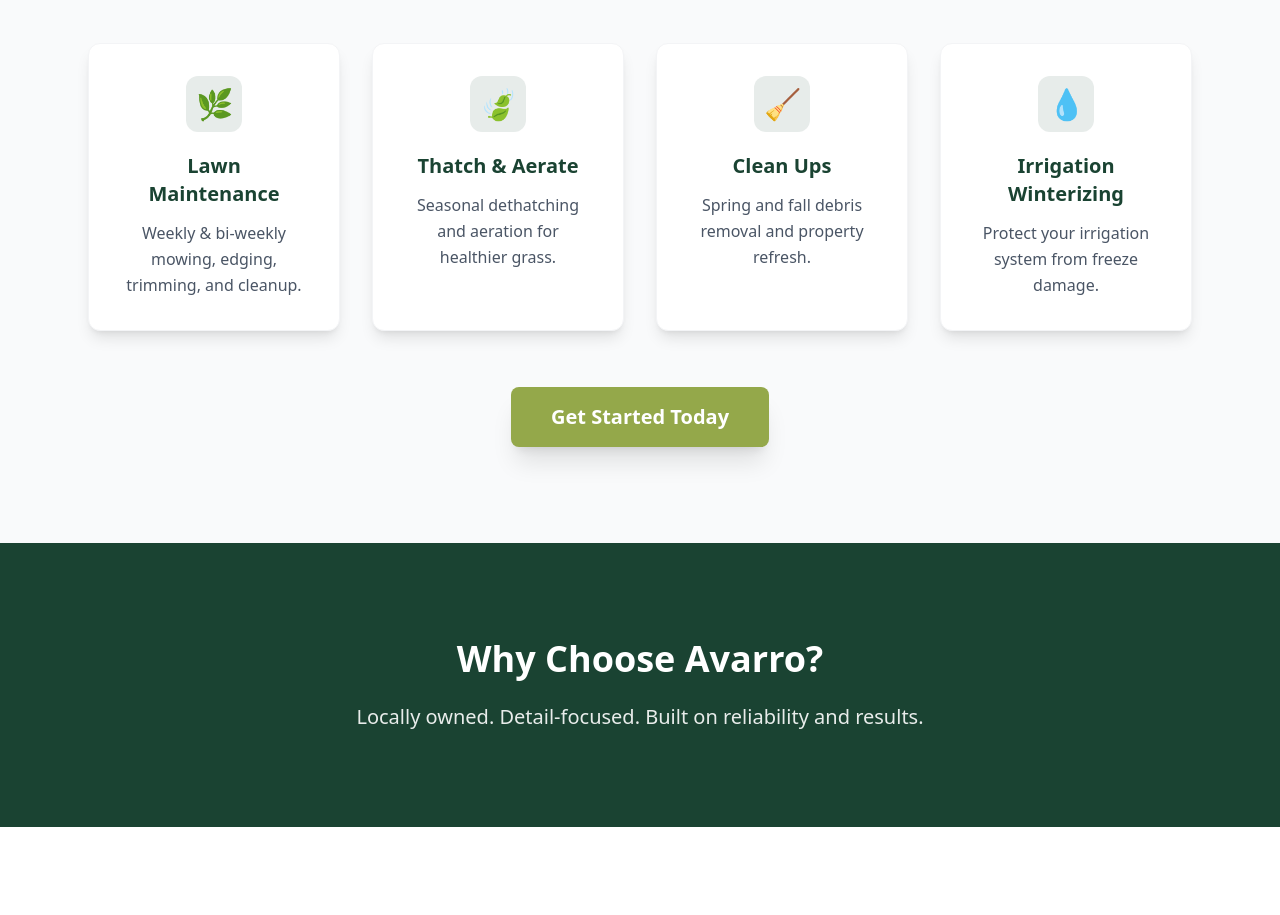
Repository: KalebMalone/Avarro
Page: /
The author's editor kept a copy of each file at every save. The page is drawn from the files as they stood at one save, then again after the next save.
The browser window is 1280 px wide. The pictures show the part of the page from y = 805 to 1757 px (the page is 1720 px tall before and 1757 px after).
The project was rebuilt for these pictures with package versions that can differ from the ones it lists, and the page was loaded fresh each time. Also part of the build but not shown: vite.config.js, src/pages/ServicesPage.jsx, src/pages/About.jsx, src/components/ContactForm.jsx, src/pages/Contact.jsx.

Above is the page before, as saved 2026-01-28 13:49:45.

After the next save:
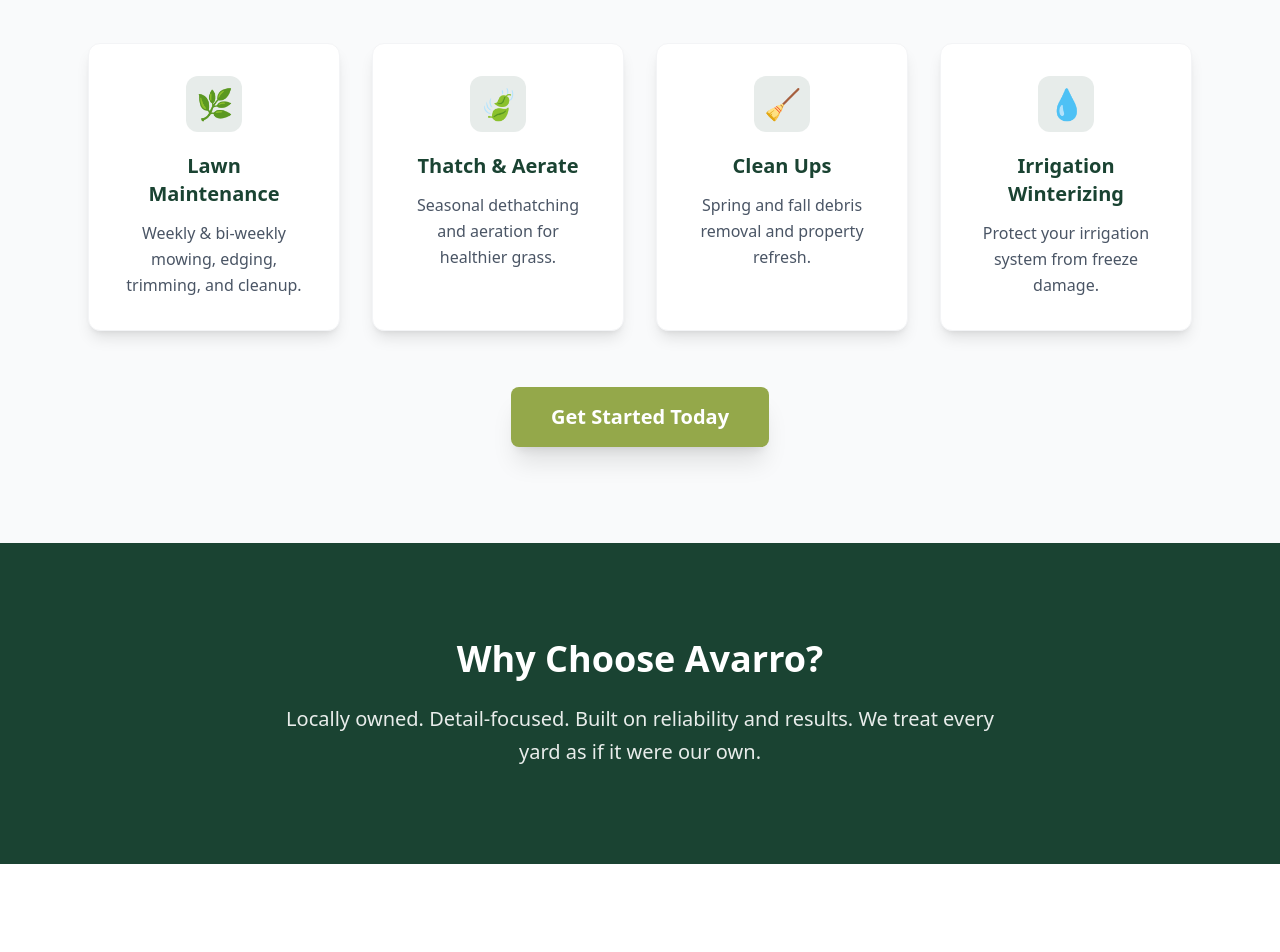
Saved 6 s later.
--- a/src/pages/Home.jsx
+++ b/src/pages/Home.jsx
@@ -25,13 +25,14 @@
                 </div>
             </section>
 
-            {/* Contrast section - Matches the logo and hovers */}
+            {/* Bottom Section - Now perfectly matching Deep Forest Green */}
             <section className="py-24 bg-[#1a4332] text-white text-center">
                 <h2 className="text-4xl font-extrabold mb-6">
                     Why Choose Avarro?
                 </h2>
-                <p className="text-xl opacity-90 max-w-3xl mx-auto px-6">
+                <p className="text-xl opacity-90 max-w-3xl mx-auto px-6 leading-relaxed">
                     Locally owned. Detail-focused. Built on reliability and results.
+                    We treat every yard as if it were our own.
                 </p>
             </section>
         </>
